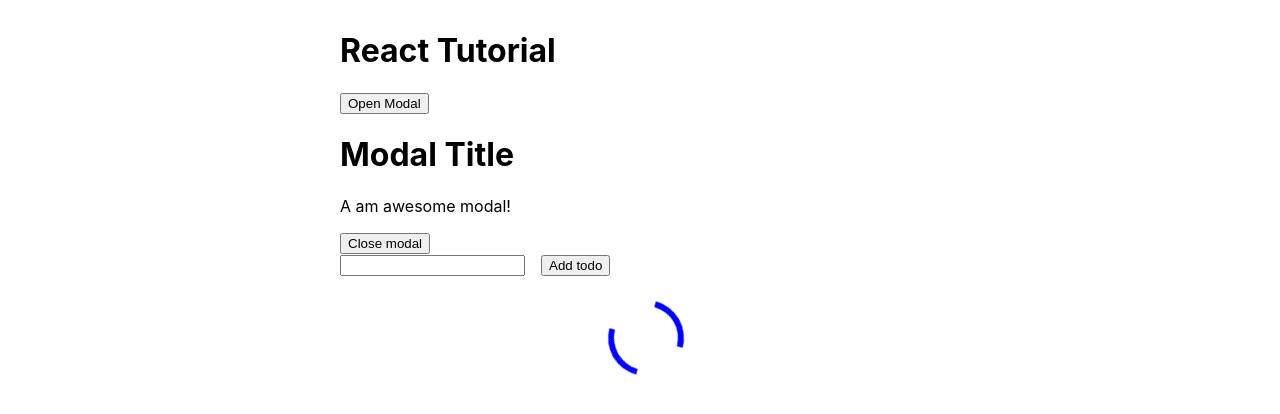
Repository: GregorPiev/rorganizer
Page: /
These files come from the project's save history. The page is drawn as it stood at one moment and after the next save; the edit follows.
The browser window is 1280 px wide. The pictures show the whole page.
The page's requests for data from a server got no answer. The project was rebuilt for these pictures with package versions that can differ from the ones it lists, and the page was loaded fresh each time. No one was signed in, and anything a server would have sent is missing. Also part of the build but not shown: src/Todo/TodoList/TodoList.css, src/Todo/TodoItem/TodoItem.js, src/Todo/TodoList/TodoList.js.

Above is the page before, as saved 2020-08-22 16:33:44.

### src/index.css
body {
	margin: 0;
	font-family: -apple-system, BlinkMacSystemFont, 'Segoe UI', 'Roboto', 'Oxygen',
		'Ubuntu', 'Cantarell', 'Fira Sans', 'Droid Sans', 'Helvetica Neue',
		sans-serif;
	-webkit-font-smoothing: antialiased;
	-moz-osx-font-smoothing: grayscale;
}

code {
	font-family: source-code-pro, Menlo, Monaco, Consolas, 'Courier New',
		monospace;
}
.wrapper {
	padding-top: 5px;
	margin: 5px auto;
	width: 600px;
}

### src/App.js
import React, { useEffect } from 'react'
import TodoList from './Todo/TodoList/TodoList'
import Context from './context';
// import AddToDo from './Todo/AddTodo/AddTodo';
import Loader from './Loader/Loader';
import Modal from './Modal/Modal';

const AddTodo = React.lazy(() => import('./Todo/AddTodo/AddTodo.js'))

function App() {
  const [todos, setTodos] = React.useState([])
  const [loading, setLoading] = React.useState(true);
  useEffect(() => {
    fetch('https://jsonplaceholder.typicode.com/todos?_limit=10')
      .then(response => response.json())
      .then(todos => {
        setTodos(todos);
        setLoading(false);
      })
  }, [])
  function toggleTodo(id) {
    console.log('%cid:' + id, 'color: red;')
    setTodos(
      todos.map((todo) => {
        if (todo.id === id) {
          todo.completed = !todo.completed
        }
        return todo
      }),
    )
  }

  function removeTodo(id) {
    setTodos(todos.filter(todo => todo.id !== id));
  }

  function addTodo(title) {
    setTodos(
      todos.concat([
        {
          title: title,
          completed: false,
          id: Date.now()
        }
      ])
    )
  }

  return (
    <Context.Provider value={{ removeTodo: removeTodo }}>
      <div className="wrapper">
        <h1>React Tutorial</h1>
        <Modal />



        <React.Suspense fallback={<p>Loading...</p>}>
          <AddTodo onCreate={addTodo} />
        </React.Suspense>

        {loading
          ? <Loader />
          : todos.length
            ? <TodoList todos={todos} onToggle={toggleTodo} />
            : <p>No todos</p>
        }

      </div>
    </Context.Provider>
  )
}

export default App

### src/context.js
import React from 'react';

const Context = React.createContext();
export default Context;

### src/Loader/Loader.js
import React from 'react';
import './Loader.css';
export default () => <div className="wrapperLoader"><div className="lds-dual-ring" /></div>

### src/Modal/Modal.js
import React from 'react';
import './Modal';

export default class Modal extends React.Component {
    render() {
        return (
            <React.Fragment>
                <button>Open Modal</button>

                <div className="modal">
                    <div className="modal-body">
                        <h1>Modal Title</h1>
                        <p>A am awesome modal!</p>

                        <button>Close modal</button>
                    </div>
                </div>


            </React.Fragment>
        )
    }
}

### src/Todo/AddTodo/AddTodo.js
import React, { useState } from 'react';
import PropTypes from 'prop-types';
import './AddTodo.css';

function useInputValue(defaultValue = '') {
    const [value, setValue] = useState(defaultValue);

    return {
        bind: {
            value: value,
            onChange: event => setValue(event.target.value)
        },
        clear: () => setValue(''),
        value: () => value

    }
}
function AddToDo({ onCreate }) {
    const input = useInputValue('');

    function handlerSubmit($event) {
        $event.preventDefault();
        if (input.value().trim()) {
            onCreate(input.value());
            input.clear()
        }

    }

    return (
        <form className="add_todo" onSubmit={handlerSubmit}>
            <input {...input.bind} />
            <button type="submit">Add todo</button>
        </form>
    )
}

AddToDo.propTypes = {
    onCreate: PropTypes.func.isRequired
}
export default AddToDo;

### src/Loader/Loader.css
.lds-dual-ring {
  display: inline-block;
  width: 80px;
  height: 80px;
}
.lds-dual-ring:after {
  content: ' ';
  display: block;
  width: 64px;
  height: 64px;
  margin: 8px;
  border-radius: 50%;
  border: 6px solid blue;
  border-color: blue transparent blue transparent;
  animation: lds-dual-ring 1.2s linear infinite;
}
@keyframes lds-dual-ring {
  0% {
    transform: rotate(0deg);
  }
  100% {
    transform: rotate(360deg);
  }
}
.wrapperLoader {
  display: flex;
  justify-content: center;
  margin: 0.5rem;
}

### src/Todo/AddTodo/AddTodo.css
.add_todo {
    margin-bottom: 1rem;
}

### src/Todo/TodoItem/TodoItem.css
li {
  display: flex;
  justify-content: space-between;
  align-items: center;
  padding: 0.5rem 1rem;
  border: 1px solid #cccccc;
  border-radius: 4px;
  margin-bottom: 0.5rem;
}
input {
  margin-right: 1rem;
}
.rb {
  background: #f00;
  border-radius: 50%;
  color: #ffffff;
  border: none;
}
.done {
  text-decoration: line-through;
}

### src/Modal/Modal.css
.modal {
  position: fixed;
  top: 0;
  right: 0;
  bottom: 0;
  left: 0;
  background: rgba(0, 0, 0, 0.5);
  display: flex;
  justify-content: center;
  padding-top: 5rem;
}

modal-body {
  padding: 2rem;
  width: 400px;
  border-radius: 5px;
  background: #ffffff;
  height: 200px;
}

Loaded but not shown: public/index.html (common file); src/index.js (common file); src/serviceWorker.js (common file)

After the next save:
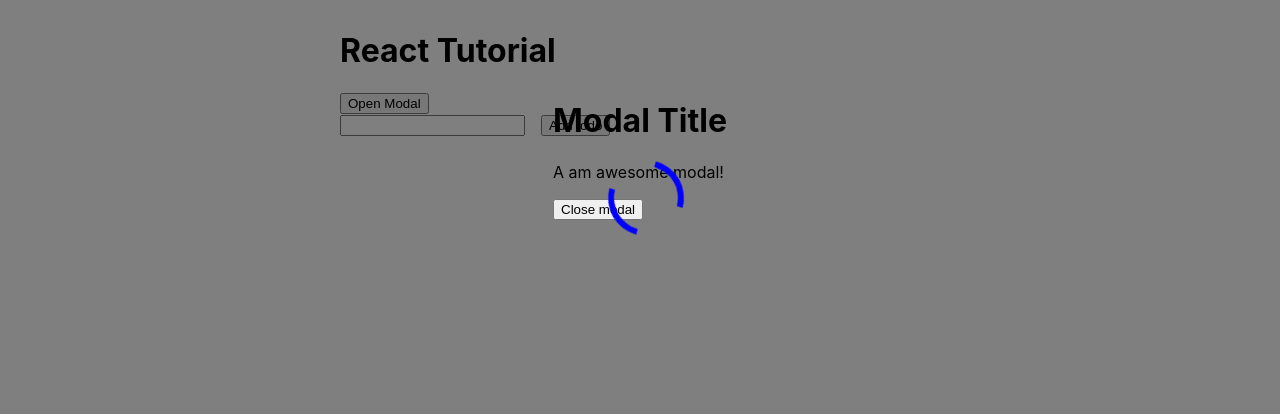
Saved 2 min 5 s later.
--- a/src/Modal/Modal.js
+++ b/src/Modal/Modal.js
@@ -1,5 +1,5 @@
 import React from 'react';
-import './Modal';
+import './Modal.css';
 
 export default class Modal extends React.Component {
     render() {
